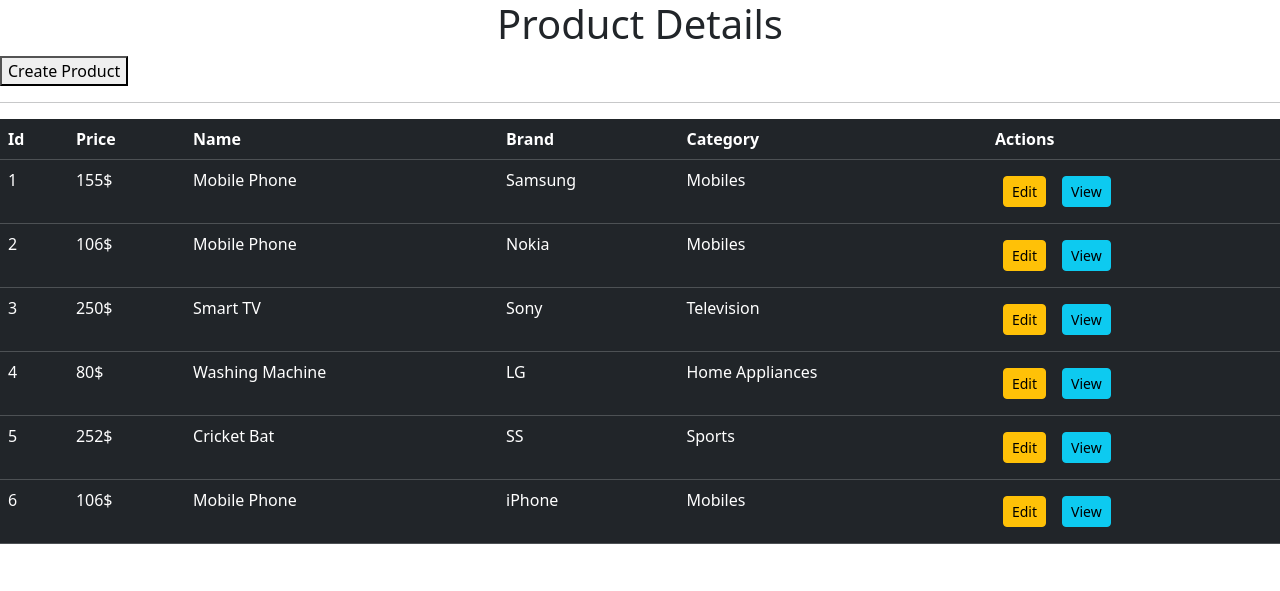
Repository: SriChakraTeja/json-crud
Page: /
These files come from the project's save history. The page is drawn as it stood at one moment and after the next save; the edit follows.
The browser window is 1280 px wide. The pictures show the whole page.
The project was rebuilt for these pictures with package versions that can differ from the ones it lists, and the page was loaded fresh each time. Requests to the local data server were answered from the project's data file. Also part of the build but not shown: src/components/ProductDetails.js.

Above is the page before, as saved 2023-12-23 14:01:29.

### src/index.js
import React from 'react';
import ReactDOM from 'react-dom/client';
import './index.css';
import App from './App';
import reportWebVitals from './reportWebVitals';
import { BrowserRouter as Router } from 'react-router-dom';
import '../node_modules/bootstrap/dist/css/bootstrap.min.css'

const root = ReactDOM.createRoot(document.getElementById('root'));
root.render(
  <React.StrictMode>
    <Router>
      <App />
    </Router>
  </React.StrictMode>
);

// If you want to start measuring performance in your app, pass a function
// to log results (for example: reportWebVitals(console.log))
// or send to an analytics endpoint. Learn more: https://bit.ly/CRA-vitals
reportWebVitals();

### src/App.js
import React from 'react'
import { Routes,Route } from 'react-router-dom'
import Home from './components/Home'
import ProductDetails from './components/ProductDetails'

const App = () => {
  return (
    <main>
      <Routes>
        <Route path="/" element = {<Home/>}/>
        <Route path='/products/:id' element= {<ProductDetails />} />
      </Routes>
    </main>
  )
}

export default App

### src/components/Home.js
import React, { useEffect } from 'react'
import { useState } from 'react'

const Home = () => {
    const [products, setProducts] = useState([])
    const url = 'http://localhost:3100/products'
    useEffect(()=> {
        fetch(url).then(response=>response.json())
        .then(data=>setProducts(data))
    })
    return (
        <section>
            <h1 className='text-center'>
                Product Details
            </h1>
            <button>Create Product</button>
            <hr/>
            <table className='table table-dark'>
                <thead>
                    <tr>
                        <th>Id</th>
                        <th>Price</th>
                        <th>Name</th>
                        <th>Brand</th>
                        <th>Category</th>
                        <th>Actions</th>
                    </tr>
                </thead>
                <tbody>
                    {
                        products.map((product) =>
                            <tr>
                                <td>{product.id}</td>
                                <td>{product.price}$</td>
                                <td>{product.name}</td>
                                <td>{product.brand}</td>
                                <td>{product.category}</td>
                                <td>
                                    <button className='btn btn-sm btn-warning m-2'>Edit</button>
                                    <button className='btn btn-sm btn-info m-2'>View</button>
                                </td>
                            </tr>
                        )
                    }
                </tbody>
            </table>
        </section>
    )
}

export default Home

### db.json
{
    "products" : [
        {
            "id" : 1,
            "price" : 155,
            "name" : "Mobile Phone",
            "brand" : "Samsung",
            "category" : "Mobiles"
        },
        {
            "id" : 2,
            "price" : 106,
            "name" : "Mobile Phone",
            "brand" : "Nokia",
            "category" : "Mobiles"
        },
        {
            "id" : 3,
            "price" : 250,
            "name" : "Smart TV",
            "brand" : "Sony",
            "category" : "Television"
        },
        {
            "id" : 4,
            "price" : 80,
            "name" : "Washing Machine",
            "brand" : "LG",
            "category" : "Home Appliances"
        },
        {
            "id" : 5,
            "price" : 252,
            "name" : "Cricket Bat",
            "brand" : "SS",
            "category" : "Sports"
        },
        {
            "id" : 6,
            "price" : 106,
            "name" : "Mobile Phone",
            "brand" : "iPhone",
            "category" : "Mobiles"
        }
    ]
}

Loaded but not shown: public/index.html (common file); src/index.css (common file); src/reportWebVitals.js (common file)

After the next save:
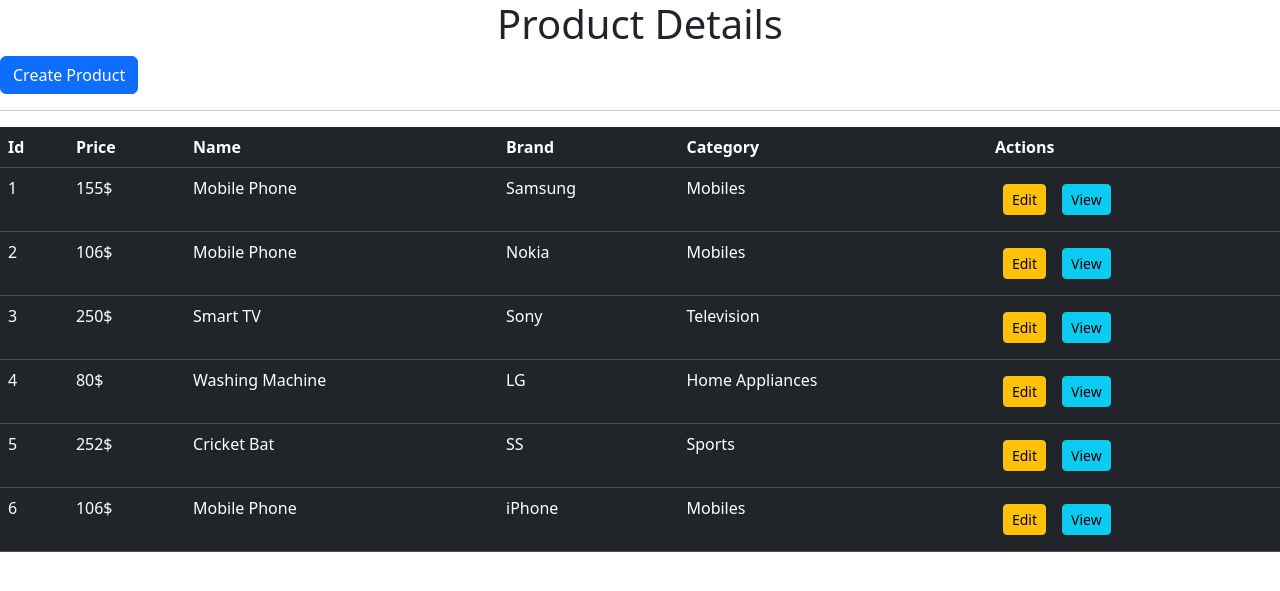
Saved 13 s later.
--- a/src/components/Home.js
+++ b/src/components/Home.js
@@ -13,7 +13,7 @@ const Home = () => {
             <h1 className='text-center'>
                 Product Details
             </h1>
-            <button>Create Product</button>
+            <button className='btn btn-primary btn-md'>Create Product</button>
             <hr/>
             <table className='table table-dark'>
                 <thead>
